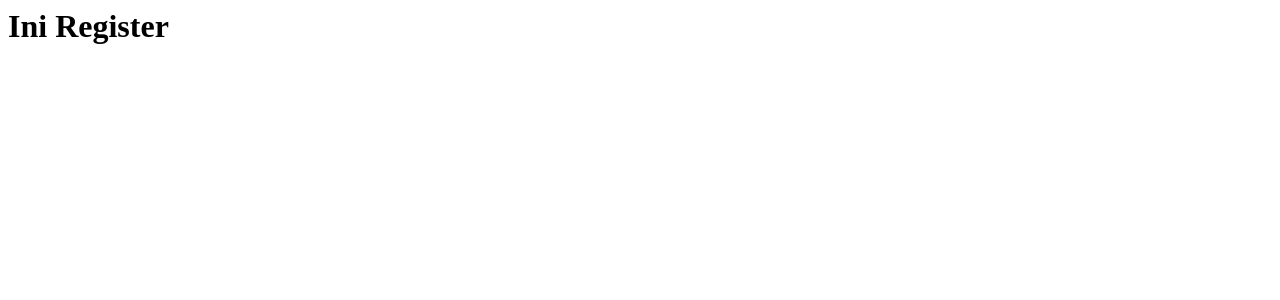
Repository: roningrum/ecommerce_dts
Page: http://localhost/register
An editor plug-in stored every save of this project. The page is shown before and after a run of saves, followed by the edit.
The browser window is 1280 px wide. The pictures show the whole page.
The page is served by the project's application, run on Django 4.2 (ecommerce/manage.py). Other server files are loaded and not shown.

Above is the page before, as saved 2023-06-04 11:26:30.

### ecommerce/shop/templates/shop/register.html
<h1>Ini Register</h1>

### ecommerce/shop/views.py
from django.shortcuts import render

# Create your views here.
def home(request):
    return render(request, "shop/index.html")
def register(request):
    return render(request, "shop/register.html")

### ecommerce/ecommerce/urls.py
"""
URL configuration for ecommerce project.

The `urlpatterns` list routes URLs to views. For more information please see:
    https://docs.djangoproject.com/en/4.2/topics/http/urls/
Examples:
Function views
    1. Add an import:  from my_app import views
    2. Add a URL to urlpatterns:  path('', views.home, name='home')
Class-based views
    1. Add an import:  from other_app.views import Home
    2. Add a URL to urlpatterns:  path('', Home.as_view(), name='home')
Including another URLconf
    1. Import the include() function: from django.urls import include, path
    2. Add a URL to urlpatterns:  path('blog/', include('blog.urls'))
"""
from django.contrib import admin
from django.urls import path
from django.conf.urls import include

urlpatterns = [
    path('admin/', admin.site.urls),
    path('',include('shop.urls'))
]

### ecommerce/shop/urls.py
from django.urls import path
from . import views

urlpatterns = [
    path('home', views.home, name="home"),
    path('register', views.register, name="register")
]

### ecommerce/shop/templates/shop/layout/main.html
<!doctype html>
<html lang="en">
  <head>
    <meta charset="utf-8">
    <meta name="viewport" content="width=device-width, initial-scale=1">
    <title>Home</title>
    <link href="https://cdn.jsdelivr.net/npm/bootstrap@5.2.3/dist/css/bootstrap.min.css" rel="stylesheet" integrity="sha384-rbsA2VBKQhggwzxH7pPCaAqO46MgnOM80zW1RWuH61DGLwZJEdK2Kadq2F9CUG65" crossorigin="anonymous">
  </head>
  <body>
    {% block content %}
    {% endblock content%}

    {% block scripts %}
    {% endblock scripts%}
    <script src="https://cdn.jsdelivr.net/npm/bootstrap@5.2.3/dist/js/bootstrap.bundle.min.js" integrity="sha384-kenU1KFdBIe4zVF0s0G1M5b4hcpxyD9F7jL+jjXkk+Q2h455rYXK/7HAuoJl+0I4" crossorigin="anonymous"></script>
  </body>
</html>

After the next 4 saves:
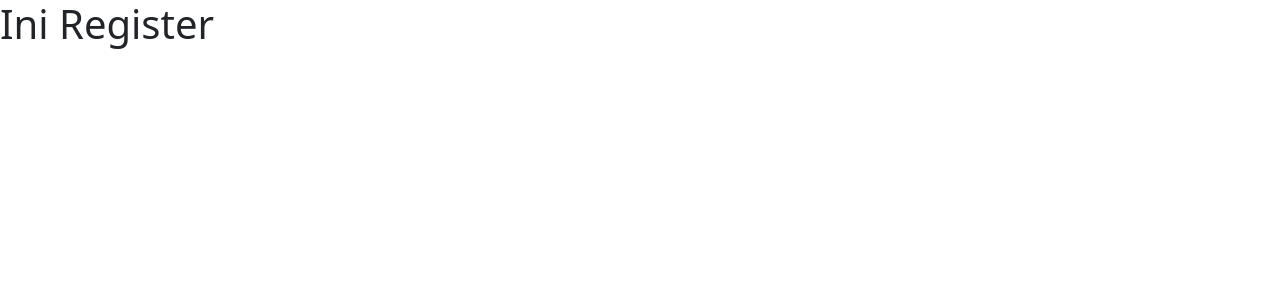
The 4 saves are shown as one change because 3 did not build or start.
The last was saved 10 min 37 s later.
--- a/ecommerce/shop/templates/shop/register.html
+++ b/ecommerce/shop/templates/shop/register.html
@@ -1 +1,4 @@
-<h1>Ini Register</h1>
+{% extends 'shop/layout/main.html'%}
+{% block content %}
+    <h1>Ini Register</h1>
+{% endblock content %}
